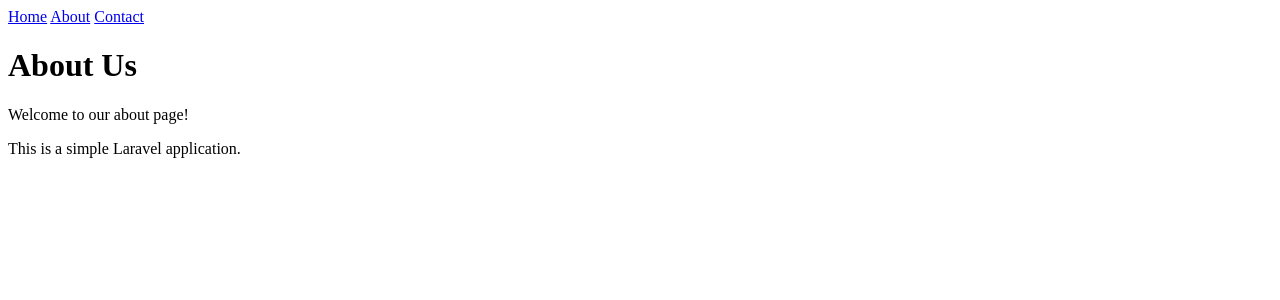
Repository: mennaabdelelhady/30-Days-to-Learn-Laravel
Page: http://localhost/about
These files come from the project's save history. The page is drawn as it stood at one moment and after the next save; the edit follows.
The browser window is 1280 px wide. The pictures show the whole page.
The page is served by the project's Laravel application, run on PHP 8.4 with Laravel 12.

Above is the page before, as saved 2025-07-09 01:29:45.

After the next save:
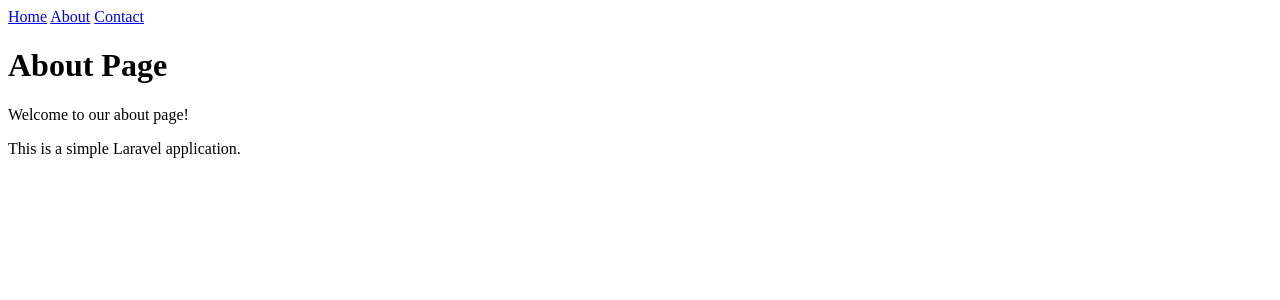
Saved 109 s later.
--- a/resources/views/about.blade.php
+++ b/resources/views/about.blade.php
@@ -1,21 +1,5 @@
-<!DOCTYPE html>
-<html lang="en">
-
-<head>
-    <meta charset="UTF-8">
-    <meta name="viewport" content="width=device-width, initial-scale=1.0">
-    <title>About Us</title>
-</head>
-
-<body>
-     <nav>
-        <a href="/">Home</a>
-        <a href="/about">About</a>
-        <a href="/contact">Contact</a>
-    </nav>
-    <h1>About Us</h1>
+<x-layout>
+    <h1>About Page</h1>
     <p>Welcome to our about page!</p>
     <p>This is a simple Laravel application.</p>
-</body>
-
-</html>
+</x-layout>
